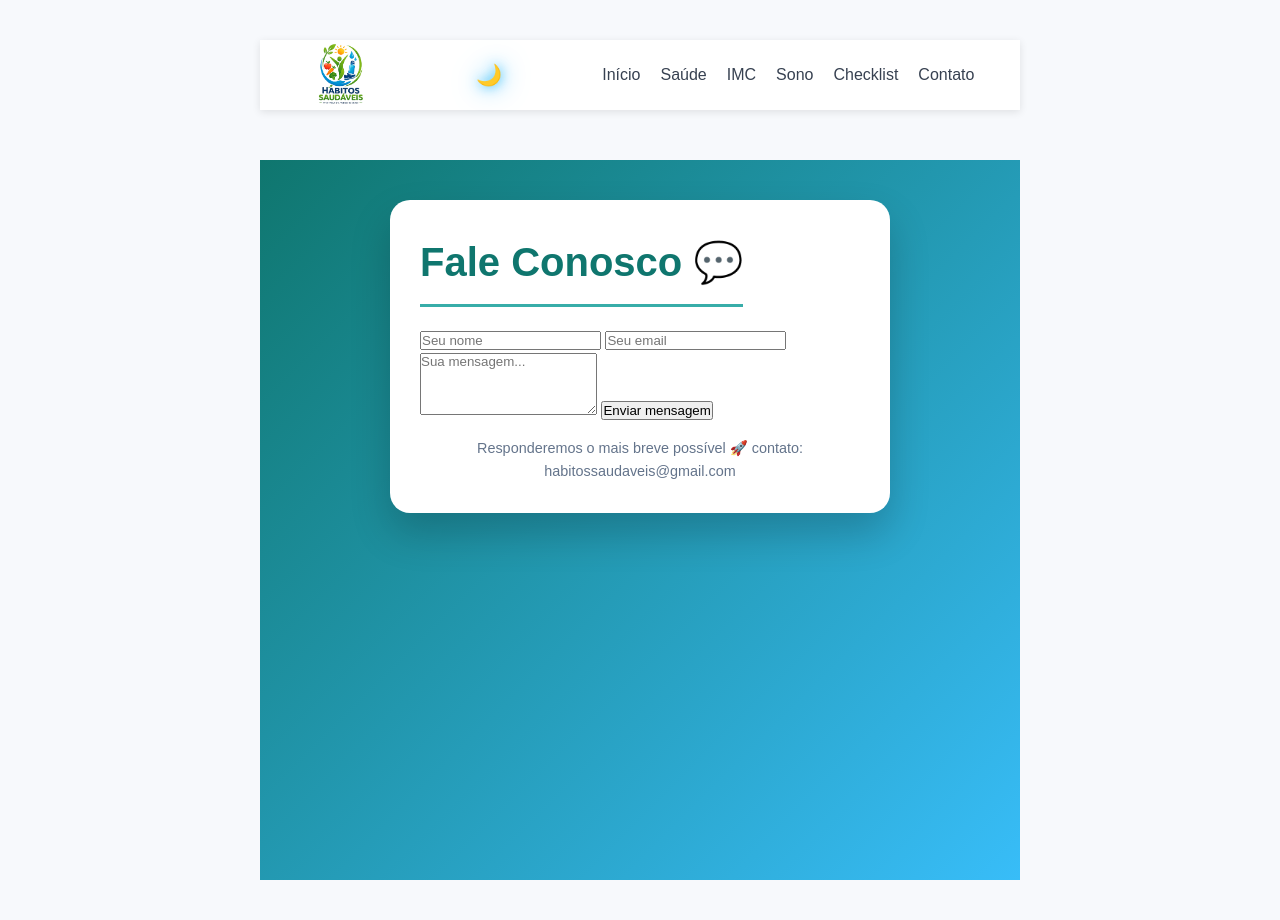
Repository: habitos2026/projetointegrador2026
Page: contato.html
The author's editor kept a copy of each file at every save. The page is drawn from the files as they stood at one save, then again after the next save.
The browser window is 1280 px wide. The pictures show the whole page.

Above is the page before, as saved 2026-06-10 23:07:25.

After the next save:
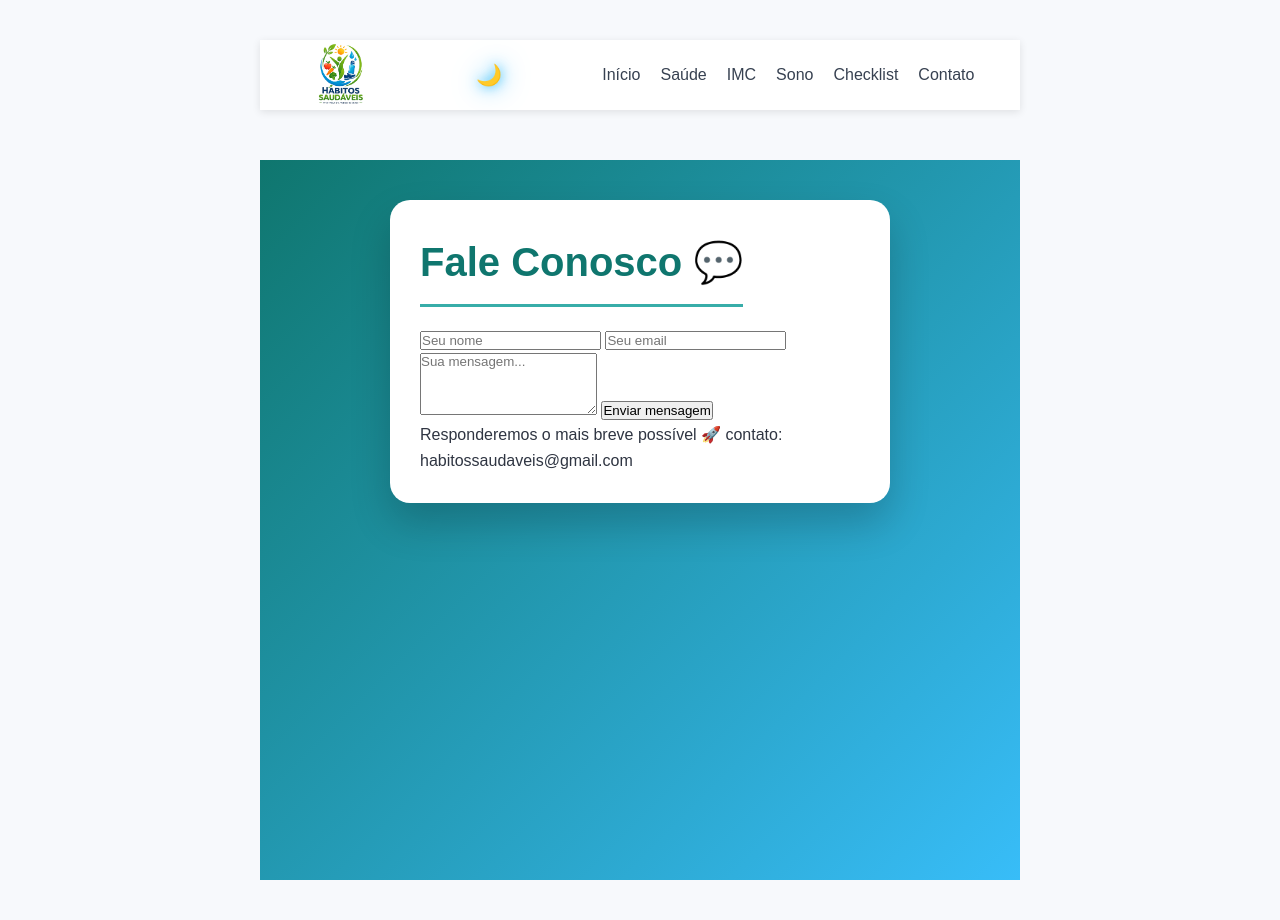
Saved 12 s later.
--- a/contato.html
+++ b/contato.html
@@ -127,29 +127,7 @@
     box-shadow: 0 0 8px rgba(15,118,110,0.3);
 }
 
-/* BOTÃO */
-.contato-form button {
-    padding: 12px;
-    border: none;
-    border-radius: 10px;
-    background: #0f766e;
-    color: white;
-    font-weight: bold;
-    cursor: pointer;
-    transition: 0.3s;
-}
-
-.contato-form button:hover {
-    background: #115e59;
-    transform: scale(1.03);
-    cursor: pointer;
-}
-
-/* TEXTO */
-.info {
-    text-align: center;
-    margin-top: 15px;
-    color: #64748b;
+/*
     font-size: 0.9rem;
 }
 

After the save that followed:
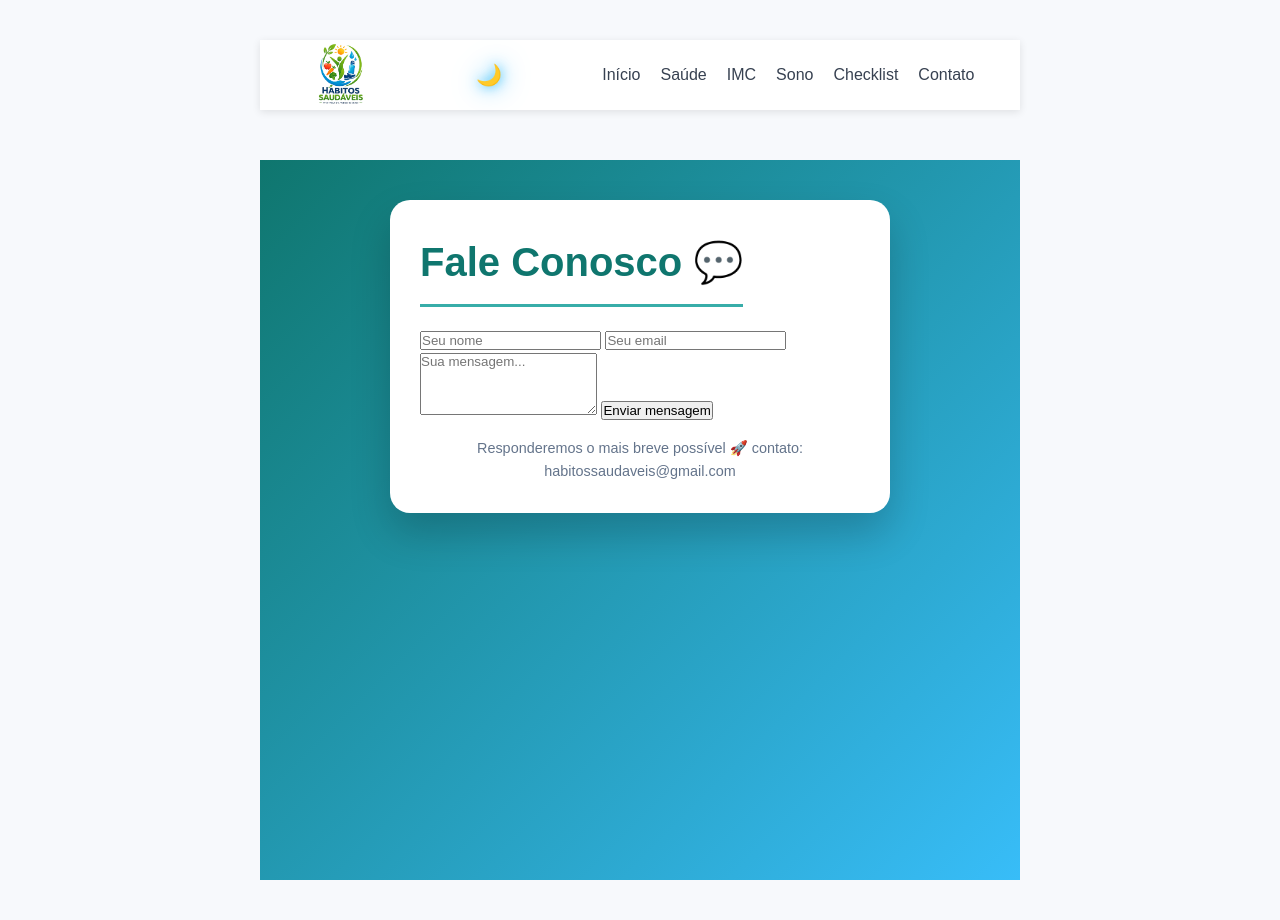
Saved 11 s later.
--- a/contato.html
+++ b/contato.html
@@ -127,7 +127,29 @@
     box-shadow: 0 0 8px rgba(15,118,110,0.3);
 }
 
-/*
+/* BOTÃO */
+.contato-form button {
+    padding: 12px;
+    border: none;
+    border-radius: 10px;
+    background: #0f766e;
+    color: white;
+    font-weight: bold;
+    cursor: pointer;
+    transition: 0.3s;
+}
+
+.contato-form button:hover {
+    background: #115e59;
+    transform: scale(1.03);
+    cursor: pointer;
+}
+
+/* TEXTO */
+.info {
+    text-align: center;
+    margin-top: 15px;
+    color: #64748b;
     font-size: 0.9rem;
 }
 
